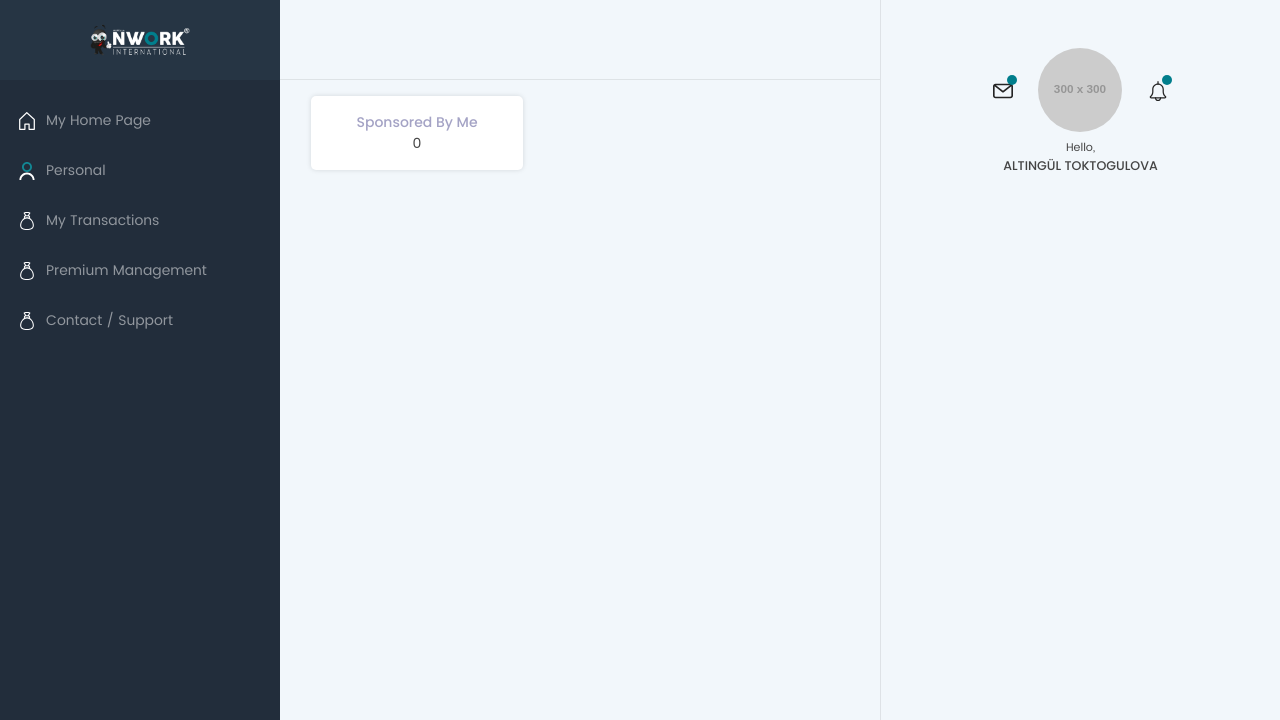
Repository: KayahanKahriman/nwork-admin
Page: index.html
An editor plug-in stored every save of this project. The page is shown before and after the next save, followed by the edit.
The browser window is 1280 px wide. The pictures show the whole page.
Some web fonts or font styles are not loaded; a fallback is used. The style sheet was rebuilt from its Sass, Less or Tailwind sources for each picture, by a compiler version that may differ from the author's.

Above is the page before, as saved 2021-06-09 17:00:41.

After the next save:
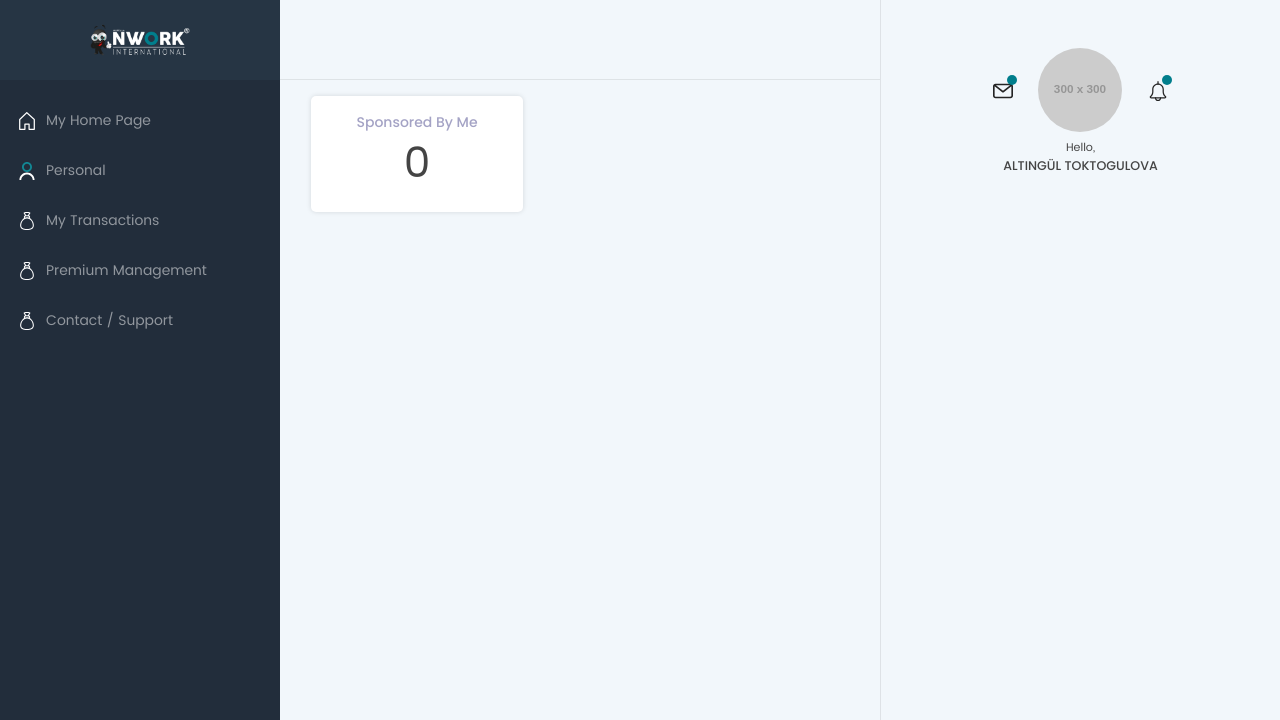
Saved 16 s later.
--- a/assets/scss/style.scss
+++ b/assets/scss/style.scss
@@ -18,6 +18,10 @@
   font-weight: normal;
   font-family: $poppins-medium;
   color: var(--box-title-color);
+}
+
+.jumbo-text {
+  font-size: 3em;
 }
 
 /*------------------------------------*\
